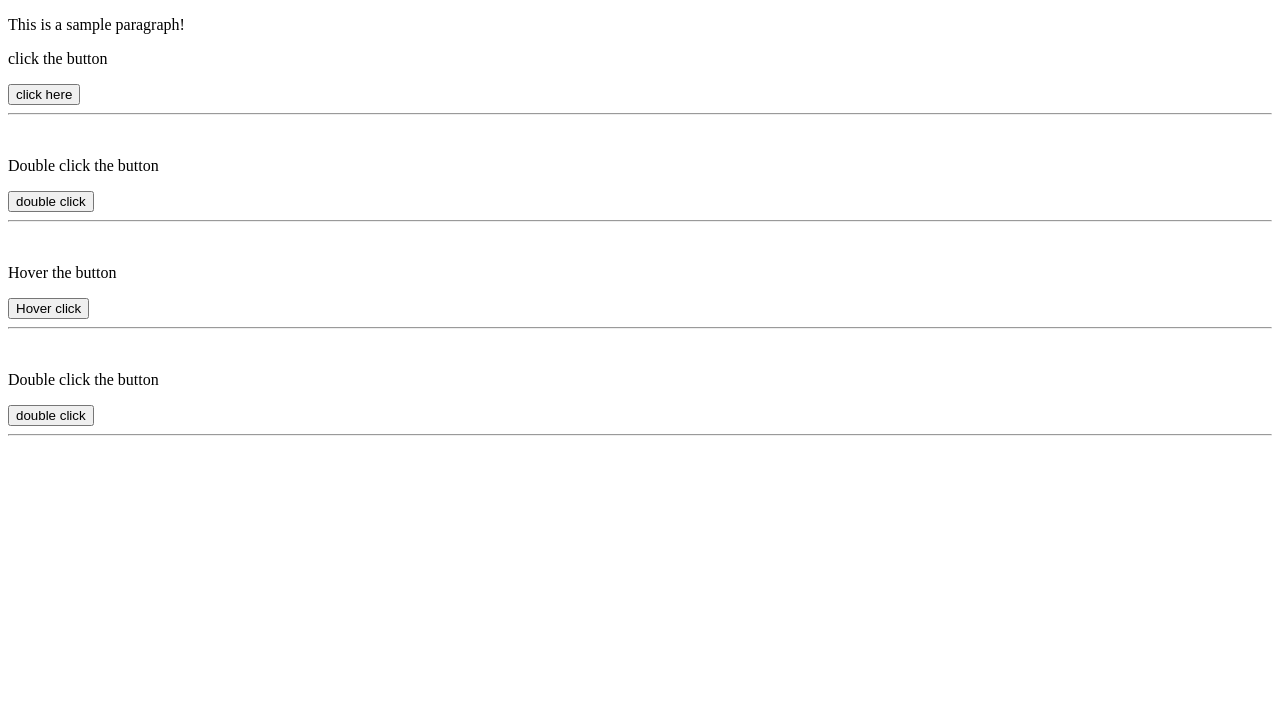
Repository: DhananjayaLakshan/Uom-Web_Design_For_Beginners
Page: Work02/index.html
An editor plug-in stored every save of this project. The page is shown before and after the next save, followed by the edit.
The browser window is 1280 px wide. The pictures show the whole page.

Above is the page before, as saved 2023-11-30 19:44:42.

### Work02/index.html
<!DOCTYPE html>
<html lang="en">
<head>
    <meta charset="UTF-8">
    <meta name="viewport" content="width=device-width, initial-scale=1.0">
    <title>jquery</title>
    <script src="jquery-3.7.1.min.js"></script>
</head>
<body>
    <p id="pid">This is a sample paragraph!</p>

    <script>

        $(document).ready(function(){
            $('#pid').click(function(){
                alert('You clicked the paragraph..!!');
            })
        })

        // $('#pid').click(function(){
        //     alert('You clicked the paragraph..!!');
        // });

        // document.getElementById('pid').onclick = function(){
        //     alert('You clicked the paragraph..!!');
        // }

    </script>

    <p>click the button</p>
    <button id="btn1">click here</button>
    <br><hr><br>

    <p>Double click  the button</p>
    <button id="btn2">double click</button>
    <br><hr><br>

    <p>Hover the button</p>
    <button id="btn3">Hover click</button>
    <br><hr><br>

    <p>Double click  the button</p>
    <button id="btn4">double click</button>
    <br><hr><br>

    <script>

        $(document).ready(function(){

            $('#btn1').click(function(){
                $(this).hide();
            });

            $('#btn2').dblclick(function(){
                $(this).hide();
            });

            $('#btn3').hover(function(){
                $(this).css('background-color','pink');
            });

            $('#btn4').on({

                mouseenter:function(){
                    $(this).css("background-color", "cyan");
                },
                mouseleave: function(){
                    $(this).css("background-color", "yellow");
                }
            })


        });



    </script>





</body>
</html>

Loaded but not shown: Work02/jquery-3.7.1.min.js (library)

After the next save:
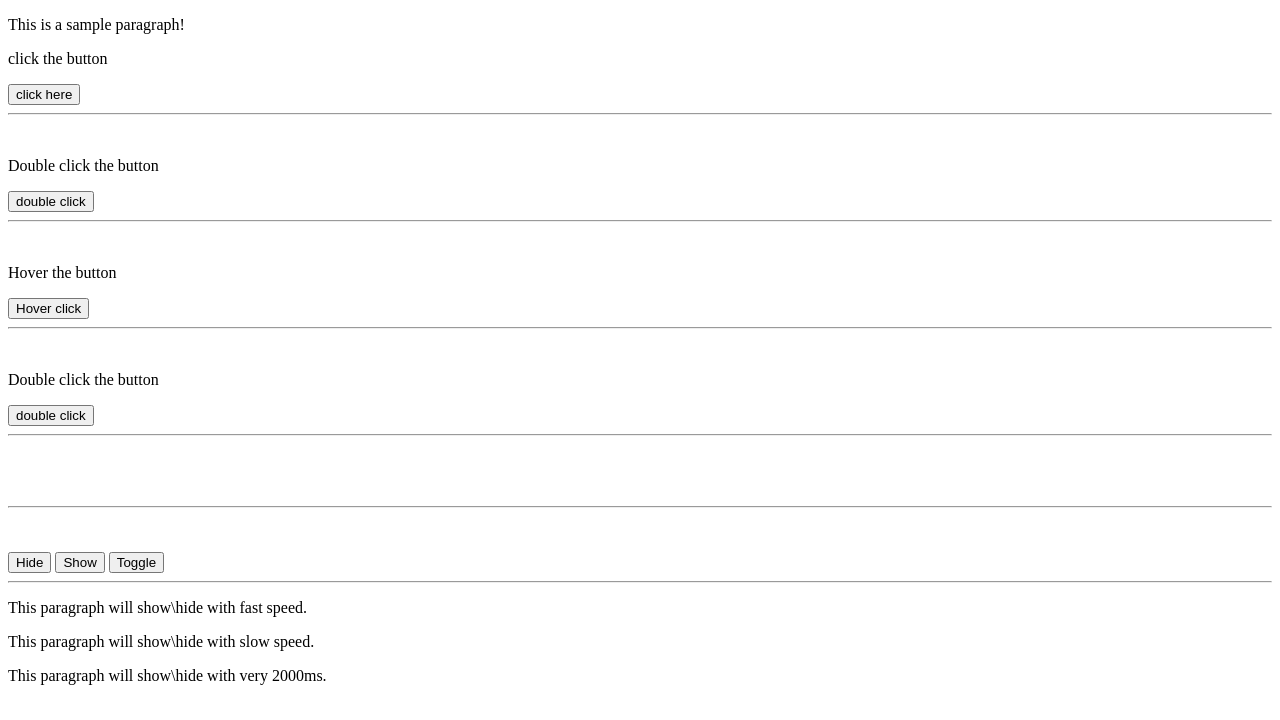
Saved 101 min 15 s later.
--- a/Work02/index.html
+++ b/Work02/index.html
@@ -71,9 +71,29 @@
 
 
         });
+    </script>
 
+    <br><br>
+    <hr><br><br>
 
+    <button class="hideBtn">Hide</button>
+    <button class="showBtn">Show</button>
+    <button class="toggleBtn">Toggle</button>
 
+    <hr>
+
+    <p class="pfast">This paragraph will show\hide with fast speed.</p>
+    <p class="pslow">This paragraph will show\hide with slow speed.</p>
+    <p class="pclass">This paragraph will show\hide with very 2000ms.</p>
+
+    <script>
+        $(document).ready(function(){
+            $(".hideBtn").click(function(){
+                $("pfast").hide("fast");
+                $("pslow").hide("slow");
+                $("pclass").hide(2000);
+            })
+        });
     </script>
 
 
